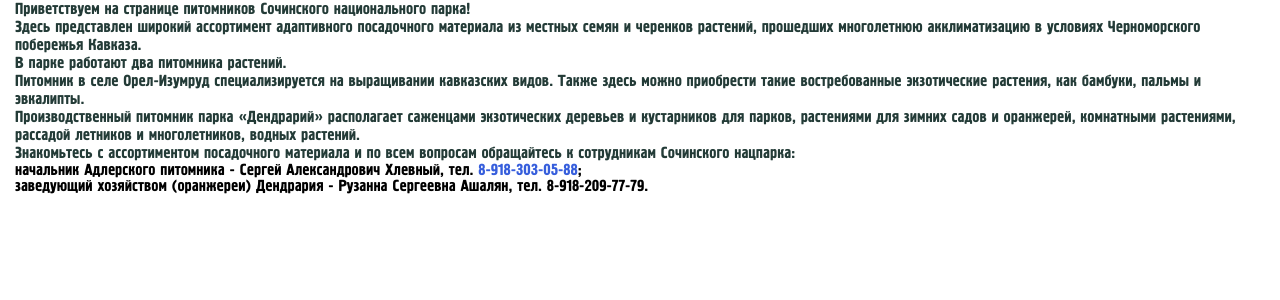
Repository: sem1103/np-sochi
Page: index.html
An editor plug-in stored every save of this project. The page is shown before and after the next save, followed by the edit.
The browser window is 1280 px wide. The pictures show the whole page.

Above is the page before, as saved 2024-01-17 19:37:26.

After the next save:
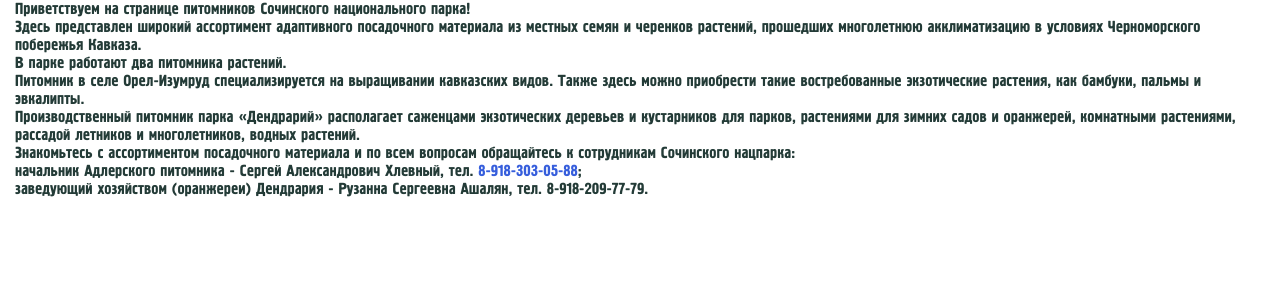
Saved 42 s later.
--- a/styles/main.css
+++ b/styles/main.css
@@ -10,7 +10,7 @@
     margin: 0 auto;
 }
 
-p{
+p, li{
     font: 16px 'Hermes';
     color: var(--gray);
 }
